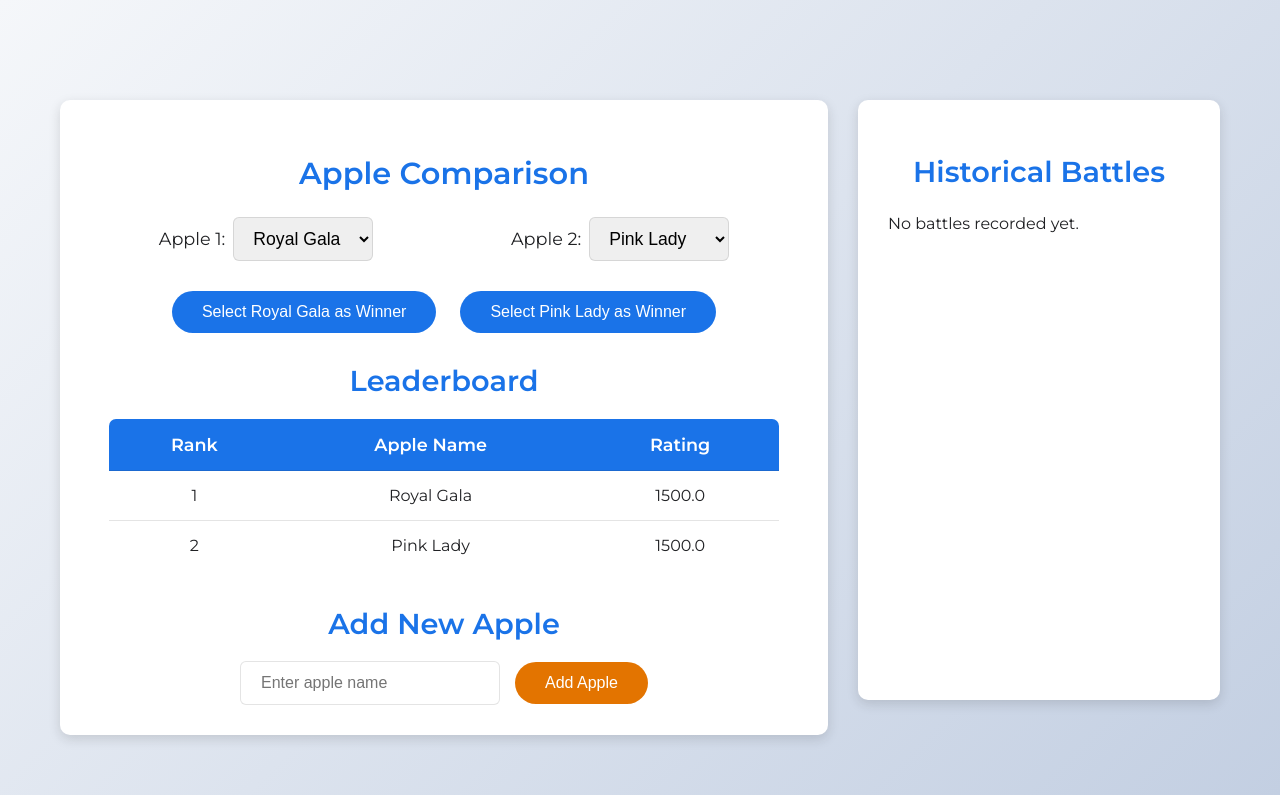
Repository: bpisaneschi/apples_leaderboard
Page: /
These files come from the project's save history. The page is drawn as it stood at one moment and after a run of saves; the edit follows.
The browser window is 1280 px wide. The pictures show the whole page.
The project was rebuilt for these pictures with package versions that can differ from the ones it lists, and the page was loaded fresh each time.

Above is the page before, as saved 2025-02-07 21:40:32.

After the next 2 saves:
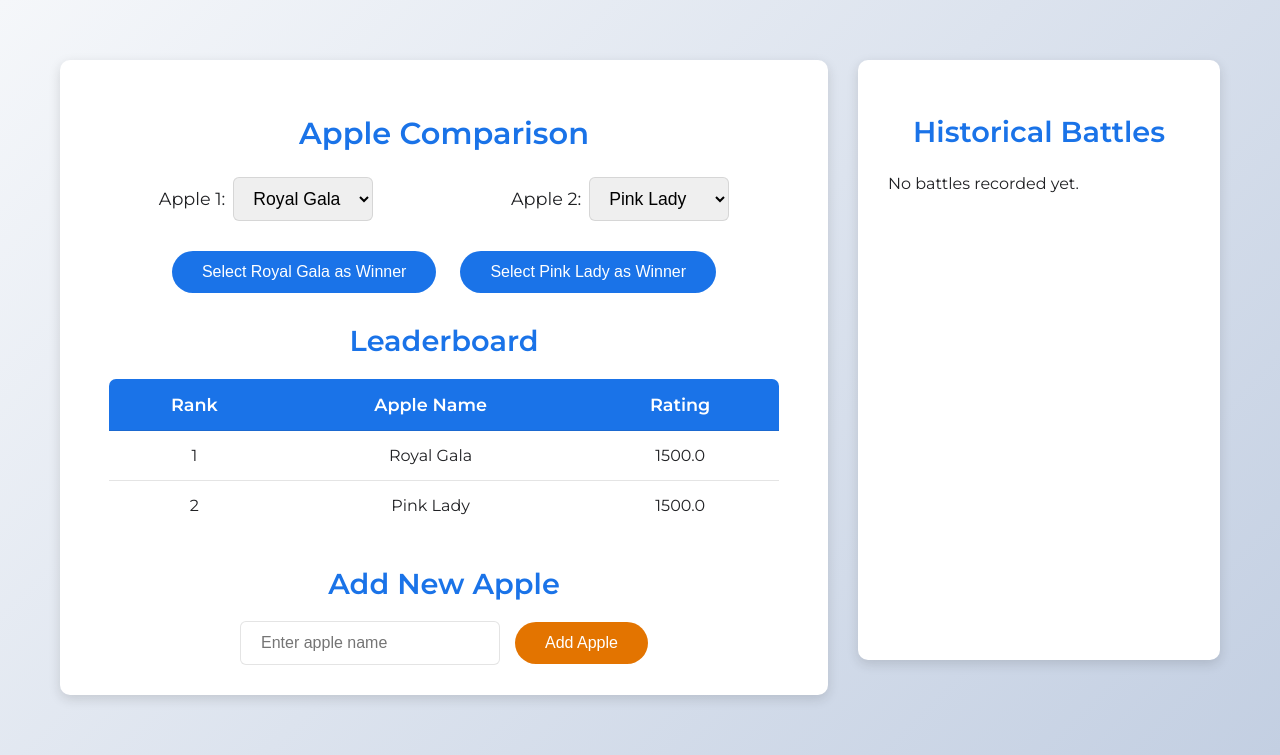
The 2 saves are shown as one change because they came seconds apart.
The last was saved 9 s later.
--- a/src/App.js
+++ b/src/App.js
@@ -138,9 +138,6 @@ function App() {
 
   return (
     <div className="App">
-      <header>
-        {/* <h1>Elo Experiment</h1> */}
-      </header>
 
       <div className="main-content">
         <div className="tasting-panel">
